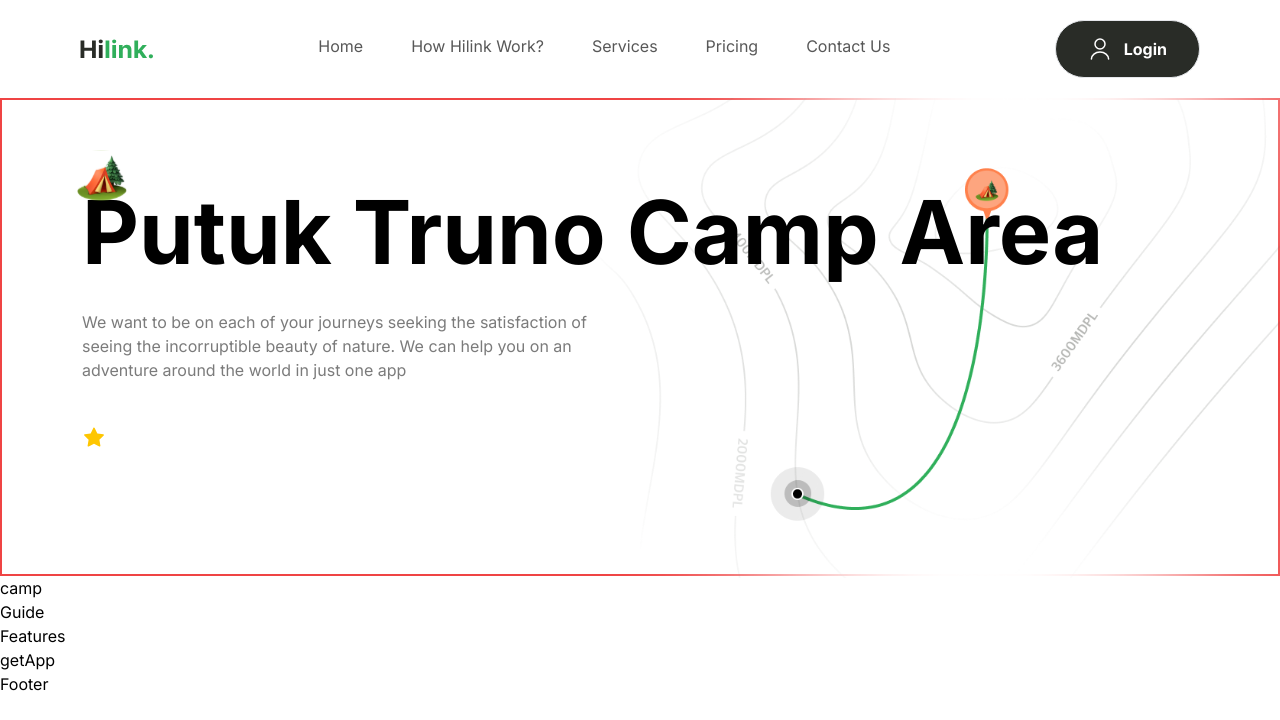
Repository: tarun4141/travel-app
Page: /
The author's editor kept a copy of each file at every save. The page is drawn from the files as they stood at one save, then again after a run of saves.
The browser window is 1280 px wide. The pictures show the whole page.
The project was rebuilt for these pictures with package versions that can differ from the ones it lists, and the page was loaded fresh each time. The framework's server and built-in components were replaced by stand-ins that run in the browser. Also part of the build but not shown: next.config.mjs.

Above is the page before, as saved 2024-06-23 02:59:47.

After the next 2 saves:
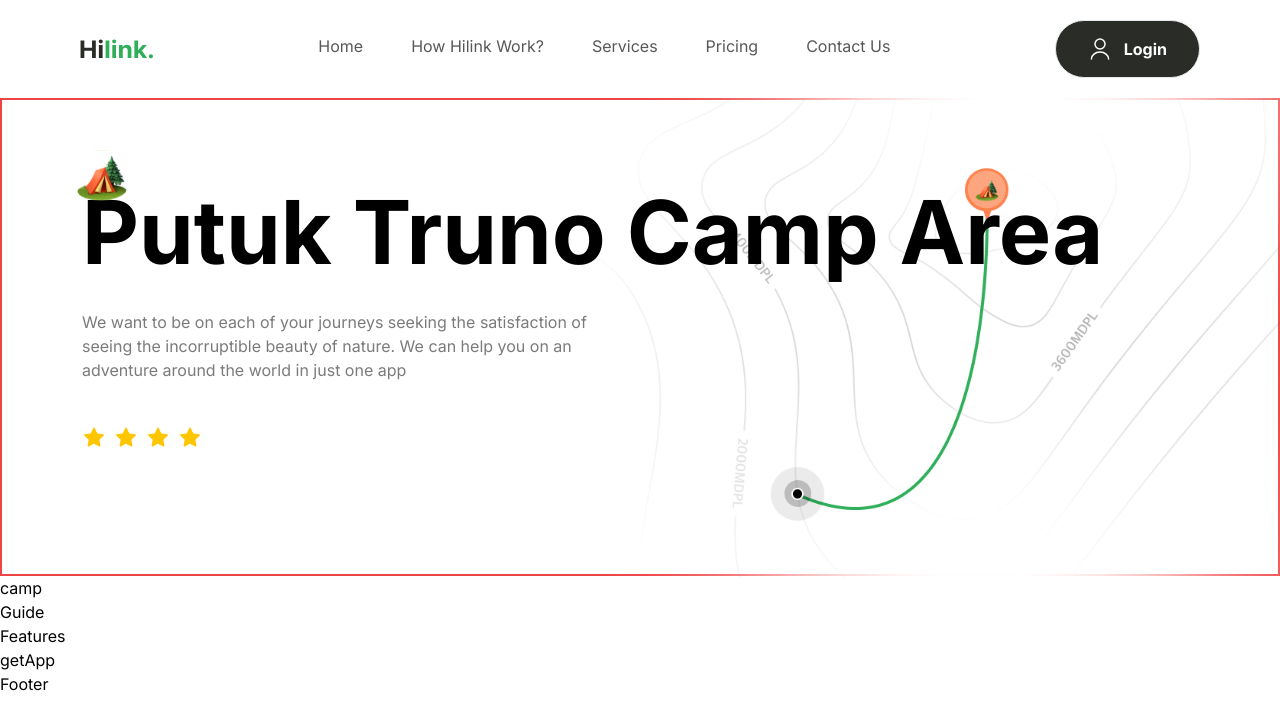
The 2 saves are shown as one change because they came seconds apart.
The last was saved 12 s later.
--- a/components/Hero.tsx
+++ b/components/Hero.tsx
@@ -24,7 +24,7 @@
         <div className='my-11 flex fle-wrap gap-5'>
             <div className='flex items-center gap-2'>
                 {
-                    Array(5).fill(1,4).map((_,index)=>(
+                    Array(5).fill(1,1).map((_,index)=>(
                         <Image
                         src="/star.svg"
                         alt='star'
